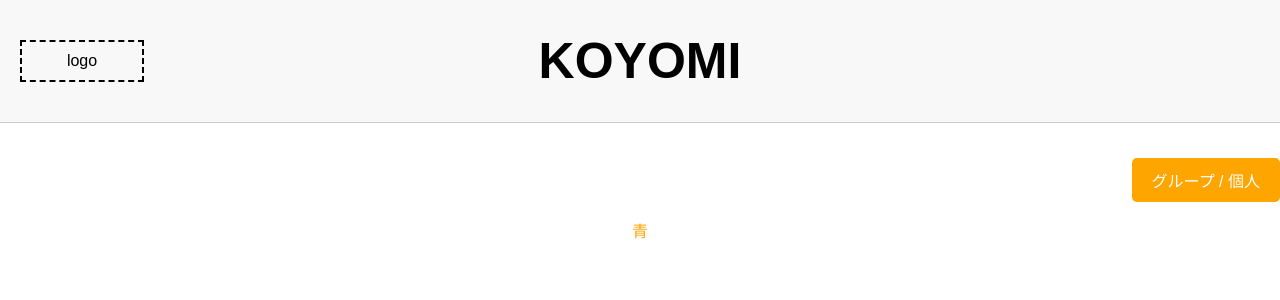
Repository: teramu0602/koyomi
Page: http://localhost/grouplist
The author's editor kept a copy of each file at every save. The page is drawn from the files as they stood at one save, then again after the next save.
The browser window is 1280 px wide. The pictures show the whole page.
Some web fonts or font styles are not loaded; a fallback is used. The page is served by the project's Laravel application, run on PHP 8.4 with Laravel 9. Other server files are loaded and not shown. Style sheets and scripts are compiled from the project's sources, by tool versions that may differ from the author's.

Above is the page before, as saved 2025-02-22 10:01:28.

### routes/web.php
<?php

use Illuminate\Support\Facades\Route;
use App\Http\Controllers\CalendarController;
use App\Http\Controllers\PostController;
use App\Http\Controllers\Auth\LoginController;



/*
|--------------------------------------------------------------------------
| Web Routes
|--------------------------------------------------------------------------
|
| Here is where you can register web routes for your application. These
| routes are loaded by the RouteServiceProvider within a group which
| contains the "web" middleware group. Now create something great!
|
*/

Route::get('/', function () {
    return view('welcome');
});

Route::get('/admin', function () {
    return view('layouts/admin');
});

Route::get('/admin/home', function () {
    return view('calender/home');
});

Route::get('/custom-login', [LoginController::class, 'showLoginForm'])->name('custom.login');
Route::post('/custom-login', [LoginController::class, 'login'])->name('custom.login.submit');
Route::get('/custom-login', function () {
    return view('admin/login');
});

Route::get('/signup', function () {
    return view('admin/signup');
});
Auth::routes();

Route::get('/home', [App\Http\Controllers\HomeController::class, 'index'])->name('home');



Route::get('/calendar', function () {
    return view('calender/calendar');
})->name('calendar');

Route::get('/calendar/{year}/{month}', [CalendarController::class, 'show'])->name('calendar.show');
Route::get('/admin/home/{year}/{month}', [CalendarController::class, 'showAdmin'])->name('calendar.admin.show');

Route::get('/admin/home', [CalendarController::class, 'index']);

Route::get('/grouplist', function () {
    return view('admin/group_list');
});

### resources/views/admin/group_list.blade.php
@extends('layouts.admin_calender')
<head>
<link href="{{ asset('css/common.admin.css') }}" rel="stylesheet">
</head>

@section('content')
<div class = "container">
<button class="switch_button" onclick="toggleMode()">グループ / 個人</button>
</div>
<p class = "purple">青</p>
@endsection

### resources/views/layouts/admin_calender.blade.php
<!DOCTYPE html>
<html lang="{{ app()->getLocale() }}">
    <head>
        <meta charset="utf-8">
        <meta http-equiv="X-UA-Compatible" content="IE=edge">
        <meta name="viewport" content="width=device-width, initial-scale=1">
        <meta name="csrf-token" content="{{ csrf_token() }}">

        <title>@yield('title')</title>

        <script src="{{ asset('js/app.js') }}" defer></script>

        <link rel="dns-prefetch" href="https://fonts.gstatic.com">
        <link href="https://fonts.googleapis.com/css?family=Raleway:300,400,600" rel="stylesheet" type="text/css">

        <link href="{{ asset('css/admin.css') }}" rel="stylesheet">


    </head>

   <header>
        <div class="logo">logo</div>
        <h1 class="service-name">KOYOMI</h1>
        @yield('drop_menu')
    </header>

    <main>
    @yield('content')
    </main>
    <body>
    </body>

</html>

### public/css/common.admin.css
html, body {
    width: 100%;
    margin: 0; /* 不要なマージンを削除 */
    padding: 0; /* 不要なパディングを削除 */
}

.container {
    width: 100%;
    display: flex !important;
    justify-content: flex-end !important;
}

button {
    background-color: orange !important;
    color: red;
    border: none;
    border-radius: 5px;
    cursor: pointer;
    margin: 0!important;
    margin-top: 35px!important;
    font-size: 16px;

    display: flex !important;
    justify-content: flex-end !important;
  }




.purple {
    color: orange;
}

.switch_button{
    display: flex ;
    justify-content: flex-end ;


}

### resources/sass/admin.scss
@charset "UTF-8";
body {
  font-family: Arial, sans-serif;
  text-align: center;
  margin: 0;
  padding: 0;
}

header {
  display: flex;
  justify-content: center;
  align-items: center;
  width: 100%;

  padding: 40px 0px 40px 0px;
  background-color: #f8f8f8;
  border-bottom: 1px solid #ccc;
}

.logo {
  border: 2px dashed black;
  padding: 10px;
  width: 100px;
  text-align: center;
  margin-right: auto;
  margin-left: 20px;
}

.service-name {
  font-size: 50px;
  position: absolute; /* ページ全体に対して中央配置 */
  left: 50%;
  transform: translateX(-50%); /* 画面の中央に配置 */
  text-align: center; /* 中央揃え */
}

main {
  margin-top: 0px;
  background: linear-gradient(to bottom, orange 0%, white 0%);
}

h2 {
  font-size: 22px;
  margin-bottom: 50px;
}

form {
  display: flex;
  flex-direction: column;
  align-items: center;
  gap: 10px;
}

label {
  font-weight: bold;
}

input {
  width: 300px;
  padding: 8px;
  border: 1px solid #ccc;
  border-radius: 4px;
}

button {
  background-color: #666;
  color: white;
  padding: 10px 20px;
  border: none;
  border-radius: 5px;
  cursor: pointer;
  margin-top: 35px;
  font-size: 16px;
}

button:hover {
  background-color: #444;
}

.login-link {
  margin-top: 40px;
  font-size: 14px;
  color: #555;
}

.checkbox {
  margin: 30px;
  display: flex; /* 横並びにする */
  align-items: center;
  margin-right: 170px;
}

.checkbox input[type=checkbox] {
  margin-right: 10px; /* チェックボックスとテキストの間隔 */
}

.remember {
  font-size: 14px;
}

input#remember {
  width: 10px; /* 幅を300pxに設定 */
  height: 20px; /* 高さを13pxに設定 */
}

.checkbox label {
  font-weight: normal;
}

table {
  width: 100%;
  border-collapse: collapse;
}

td {
  border: 1px solid grey;
  text-align: left; /* 左揃え */
  vertical-align: top; /* 上揃え */

  padding: 0px 0px 150px 0px;

}

th {
  background: white;
  text-align: center;
  padding: 10px;
}

.sunday {
  background: pink;
  color: red;
}

.red {
  color: red;
}

.saturday {
  background: pink;
  color: blue;
}

.blue{
  color: blue;
}

.next-month {
  background: #ccc;
  color: #666;
}

.month_toggle {
  text-decoration: none;
  color: black;
}

.nav-item {
  list-style: none;
  margin-right: 20px;
}

.pink {
  color: pink;
  background-color: purple;
}
.prev-month, .next-month {
  background: #ccc;
  color: #666;
}

.switch {
  background-color: orange;
  padding: 0px 0px 35px 0px;
  font-size: 20px;
}

.who {
  background-color: palegoldenrod;
  font-size: 20px;
  margin-right: 400px;
}

.switch_button{
  margin-left: 400px;
}

table {
  width: 80%; /* テーブルの幅を90%に設定 */
  margin-left: auto; /* 左側の空白 */
  margin-right: auto; /* 右側の空白 */
  margin-bottom: 50px;
}

Loaded but not shown: app/Http/Controllers/Auth/ConfirmPasswordController.php (common file); app/Http/Controllers/Controller.php (common file)

After the next save:
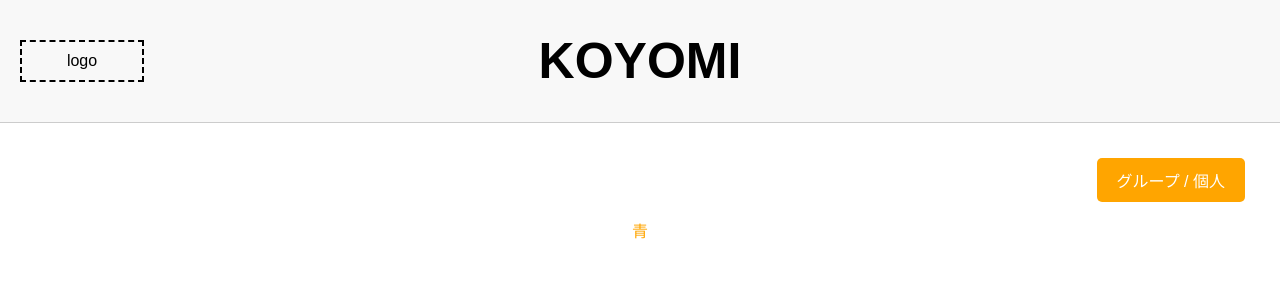
Saved 27 s later.
--- a/public/css/common.admin.css
+++ b/public/css/common.admin.css
@@ -18,6 +18,7 @@ button {
     cursor: pointer;
     margin: 0!important;
     margin-top: 35px!important;
+    margin-right: 35px!important;
     font-size: 16px;
 
     display: flex !important;
